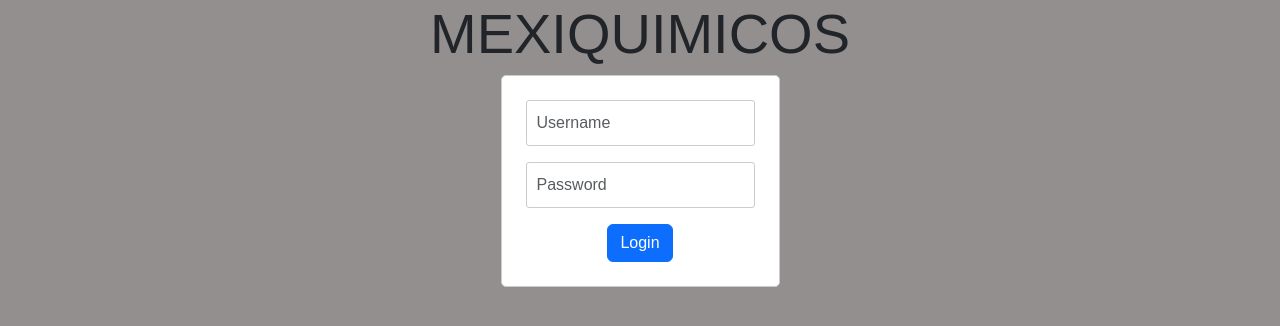
Repository: iDiv3r/MexiQuimicosIsay
Page: Index.html
The author's editor kept a copy of each file at every save. The page is drawn from the files as they stood at one save, then again after the next save.
The browser window is 1280 px wide. The pictures show the whole page.

Above is the page before, as saved 2023-11-25 00:03:47.

### Index.html
<!DOCTYPE html>
<html lang="es">
<head>
  <meta charset="UTF-8">
  <title>MEXIQUIMICO</title>
  <link rel="stylesheet" href="https://cdn.jsdelivr.net/npm/bootstrap@5.3.0/dist/css/bootstrap.min.css">
  <style>
    body {
      background-color: #6f6a6abe;
      font-family: Arial, sans-serif;
    }

    h1 {
      text-align: center;
      color: #a98c8c;
    }

    form {
      max-width: 300px;
      margin: 0 auto;
      padding: 20px;
      background-color: #fff;
      border: 1px solid #ccc;
      border-radius: 5px;
    }

    input[type="text"],
    input[type="password"] {
      width: 100%;
      padding: 10px;
      margin-bottom: 10px;
      border: 1px solid #ccc;
      border-radius: 3px;
    }

    input[type="submit"] {
      width: 100%;
      padding: 10px;
      background-color: #333;
      color: #fff;
      border: none;
      border-radius: 3px;
      cursor: pointer;
    }

    input[type="submit"]:hover {
      background-color: #555;
    }
  </style> <!-- Aquí se corrigió el cierre del bloque de estilos -->
</head>
<body>
  <h1 class="display-4 text-align-absolute text-dark">MEXIQUIMICOS</h1>

  <div class="container text-center ">
    <div class="row justify-content-md-center">
      <div class="col-md-auto sticky-top">
  <form class="p-4">
    <div class="mb-3">
      <input type="text" class="form-control" placeholder="Username" required>
    </div>
    <div class="mb-3">
      <input type="password" class="form-control" placeholder="Password" required>
    </div>
    <button type="submit" class="btn btn-primary">Login</button>
  </form></div></div>
</div>
</body>
</html>

After the next save:
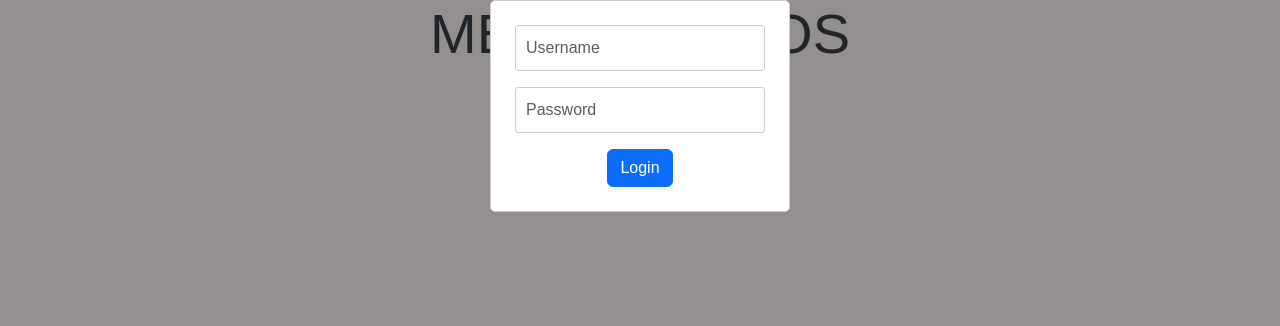
Saved 32 s later.
--- a/Index.html
+++ b/Index.html
@@ -53,7 +53,7 @@
 
   <div class="container text-center ">
     <div class="row justify-content-md-center">
-      <div class="col-md-auto sticky-top">
+      <div class="col-md-auto fixed-top">
   <form class="p-4">
     <div class="mb-3">
       <input type="text" class="form-control" placeholder="Username" required>

After the save that followed:
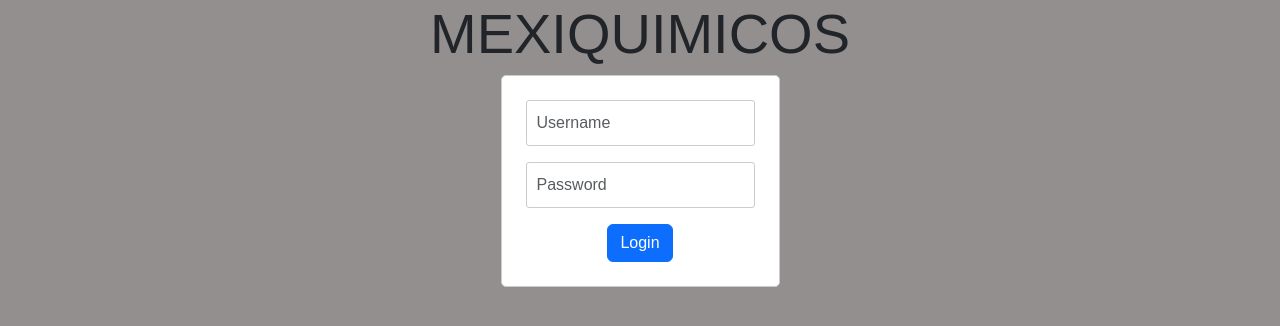
Saved 4 s later.
--- a/Index.html
+++ b/Index.html
@@ -53,7 +53,7 @@
 
   <div class="container text-center ">
     <div class="row justify-content-md-center">
-      <div class="col-md-auto fixed-top">
+      <div class="col-md-auto fixed">
   <form class="p-4">
     <div class="mb-3">
       <input type="text" class="form-control" placeholder="Username" required>
